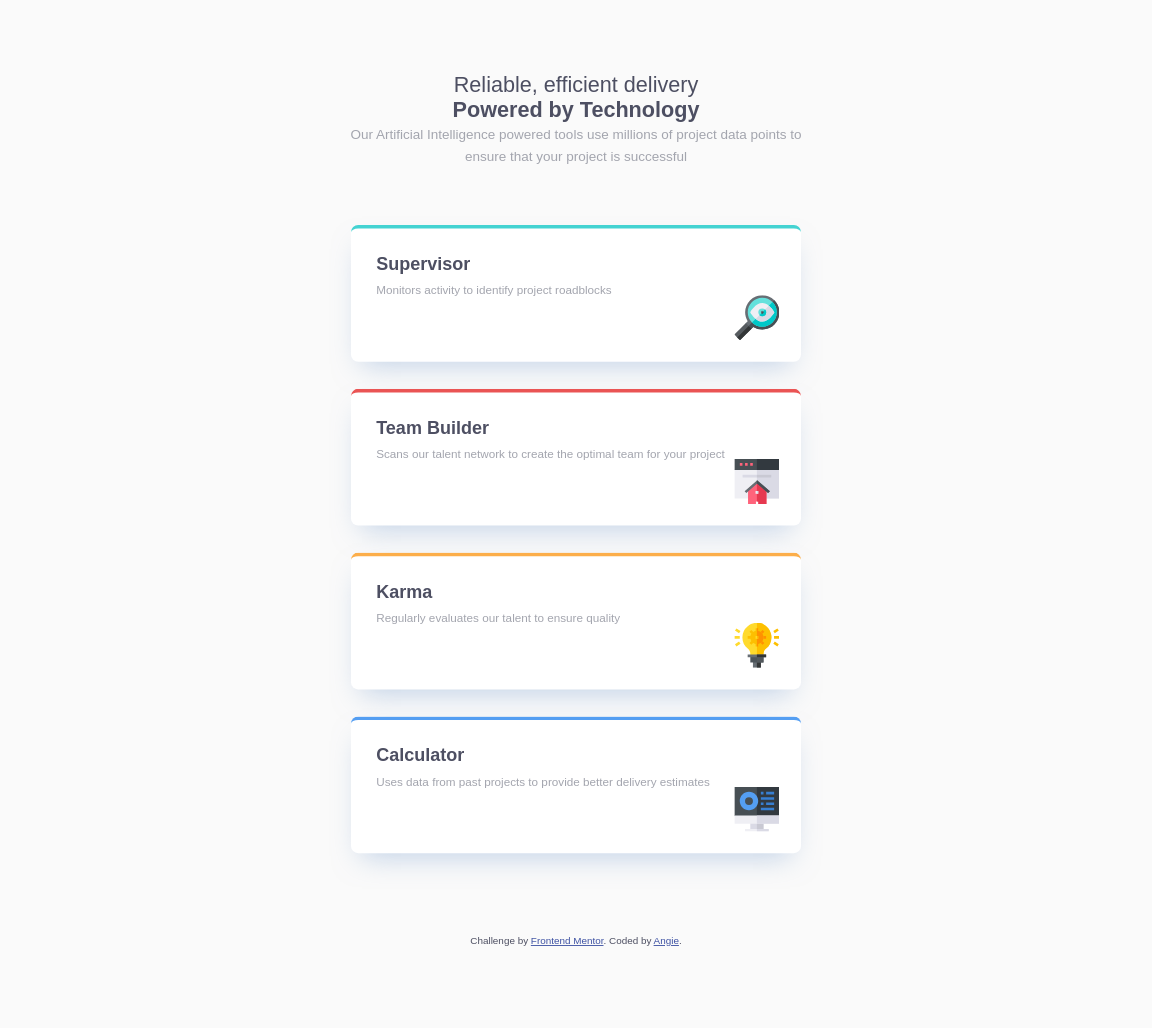
Repository: AngelaMwelu/four-card-page
Page: index.html
An editor plug-in stored every save of this project. The page is shown before and after the next save, followed by the edit.
The browser window is 1280 px wide. The pictures show the whole page, at 90% of full size.
Some web fonts or font styles are not loaded; a fallback is used.

Above is the page before, as saved 2025-05-23 09:26:39.

### index.html
<!DOCTYPE html>
<html lang="en">
<head>
  <meta charset="UTF-8">
  <meta name="viewport" content="width=device-width, initial-scale=1.0">
  <link rel="icon" type="image/png" sizes="32x32" href="./images/favicon-32x32.png">
  <link rel="stylesheet" href="style.css">
  <link rel="stylesheet" href="https://fonts.google.com/specimen/Poppins">
  <title>Frontend Mentor | Four card feature section</title>
</head>

<body>
  <div class="container">
     <div class="about">
      <h3>Reliable, efficient delivery</h3>
      <h3>Powered by Technology</h3>
      <p>Our Artificial Intelligence powered tools use millions of project data points
       to ensure that your project is successful</p>
    </div>

    <div class="Card">
      <div class="Supervisor">
      <h4>Supervisor</h4>
      <p>Monitors activity to identify project roadblocks</p>
      <img src="images/icon-supervisor.svg" alt="" class="icon">
      </div>

      <div class="Team-Builder">
      <h4>Team Builder</h4>
      <p>Scans our talent network to create the optimal team for your project</p>
      <img src="images/icon-team-builder.svg" alt="" class="icon">
      </div>

      <div class="Karma">
      <h4>Karma</h4>
      <p>Regularly evaluates our talent to ensure quality</p>
      <img src="images/icon-karma.svg" alt="" class="icon">
      </div>

      <div class="Calculator">
      <h4>Calculator</h4>
      <p>Uses data from past projects to provide better delivery estimates</p>
      <img src="images/icon-calculator.svg" alt="" class="icon">
      </div>
    </div>
  </div>

  <footer>
    <p class="attribution">
      Challenge by <a href="https://www.frontendmentor.io?ref=challenge" target="_blank">Frontend Mentor</a>.
      Coded by <a href="#">Angie</a>.
    </p>
  </footer>
</body>
</html>

### style.css

body {
  font-family: 'Poppins', sans-serif;
  background-color: #fafafa;
  color: #4d4f62;
  min-height: 100vh;
  margin: 0;
  padding: 80px 30px;
  box-sizing: border-box;
  display: flex;
  flex-direction: column;
}


.container {
  max-width: 1110px;
  width: 100%;
  margin: 0 auto;
  flex: 1;
}


.about {
  text-align: center;
  max-width: 540px;
  margin: 0 auto 64px;
}

.about h3 {
  font-size: 24px;
  margin: 0;
}

.about h3:first-child {
  font-weight: 200;
}

.about h3:last-child {
  font-weight: 600;
  margin-bottom: 16px;
}

.about p {
  font-size: 15px;
  line-height: 25px;
  color: #a3a5ae;
  margin: 0;
}

.Card {
  display: grid;
  grid-template-columns: repeat(3, 1fr);
  gap: 30px;
}

.Supervisor,
.Team-Builder,
.Karma,
.Calculator {
  background: white;
  border-radius: 8px;
  box-shadow: 0 15px 30px -11px rgba(131, 166, 210, 0.5);
  padding: 28px;
  text-align: left;
  position: relative;
  overflow: hidden;
}


.Supervisor { border-top: 4px solid #44d3d2; }
.Team-Builder { border-top: 4px solid #ea5454; }
.Karma { border-top: 4px solid #fcae4a; }
.Calculator { border-top: 4px solid #549ef2; }


.Supervisor {
  grid-row: 1 / 3;
  align-self: center;
}

.Team-Builder {
  grid-column: 2;
}

.Karma {
  grid-column: 2;
  grid-row: 2;
}

.Calculator {
  grid-column: 3;
  grid-row: 1 / 3;
  align-self: center;
}


.Supervisor h4,
.Team-Builder h4,
.Karma h4,
.Calculator h4 {
  font-size: 20px;
  margin: 0 0 6px;
}

.Supervisor p,
.Team-Builder p,
.Karma p,
.Calculator p {
  font-size: 13px;
  line-height: 23px;
  color: #a3a5ae;
  margin: 0 0 40px;
}


.Supervisor, .Team-Builder, .Karma, .Calculator {
  position: relative;
}

.icon {
  width: 50px;
  height: 50px;
  position: absolute;
  right: 24px;
  bottom: 24px;
}



footer {
  margin-top: 80px;
  text-align: center;
}

.attribution {
  font-size: 11px;
}

.attribution a {
  color: #3e52a3;
}

/* ===== Responsive Design ===== */
@media (max-width: 1400px) {
  .Card {
    grid-template-columns: 1fr;
    max-width: 500px;
    margin: 0 auto;
  }

  .Supervisor,
  .Team-Builder,
  .Karma,
  .Calculator {
    grid-column: 1;
    grid-row: auto;
  }
}

After the next save:
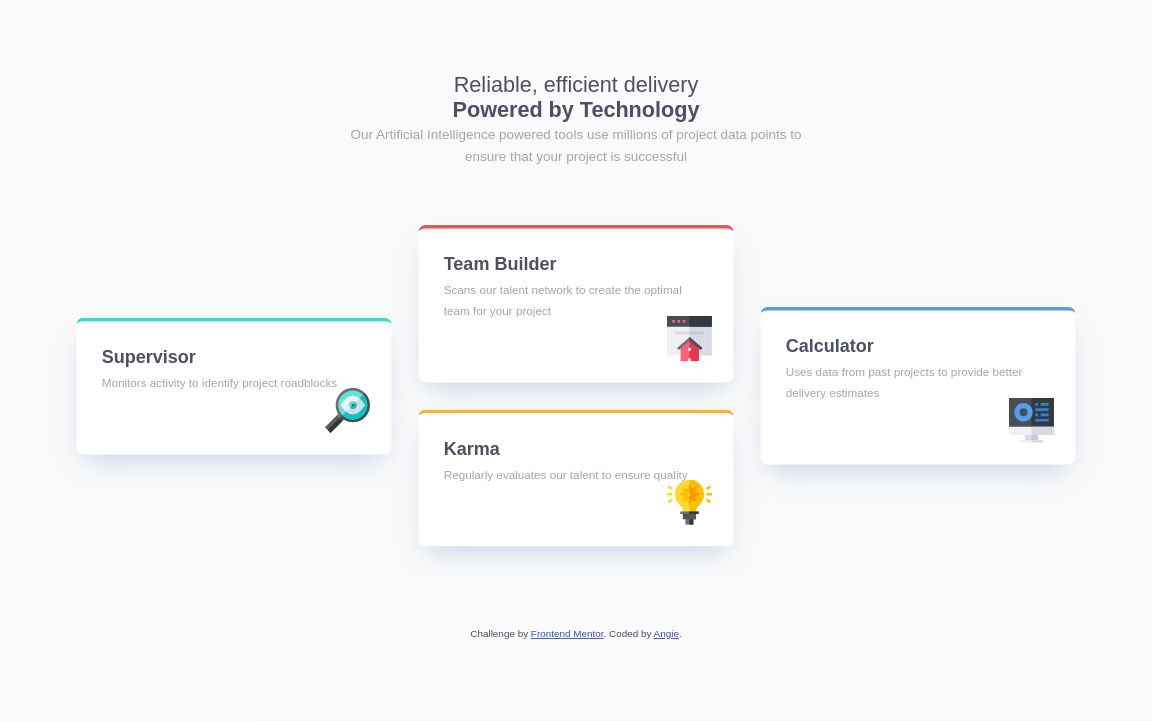
Saved 13 s later.
--- a/style.css
+++ b/style.css
@@ -140,7 +140,7 @@
   color: #3e52a3;
 }
 
-/* ===== Responsive Design ===== */
+/
 @media (max-width: 1400px) {
   .Card {
     grid-template-columns: 1fr;

After the save that followed:
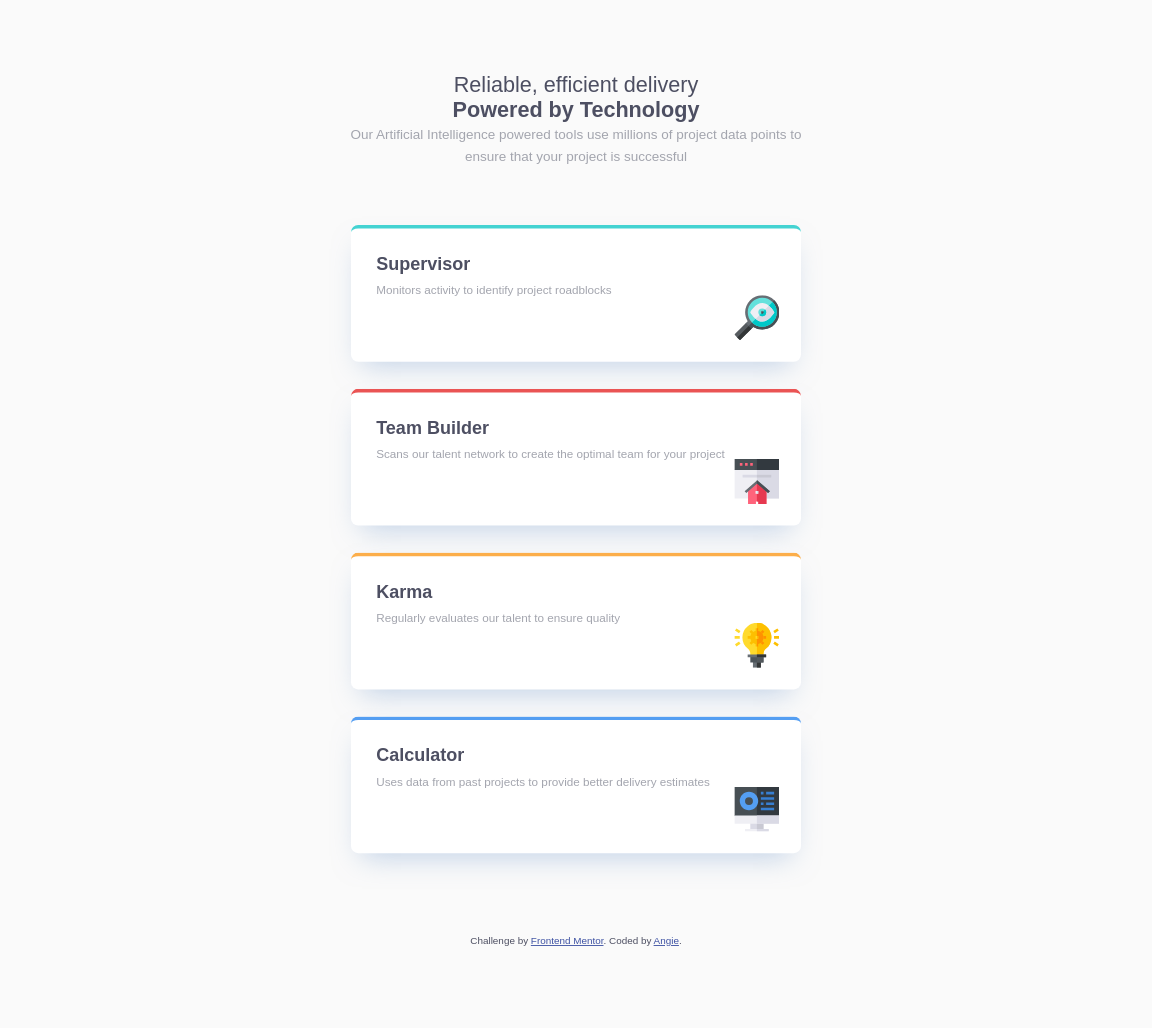
Saved 4 s later.
--- a/style.css
+++ b/style.css
@@ -140,7 +140,7 @@
   color: #3e52a3;
 }
 
-/
+
 @media (max-width: 1400px) {
   .Card {
     grid-template-columns: 1fr;
